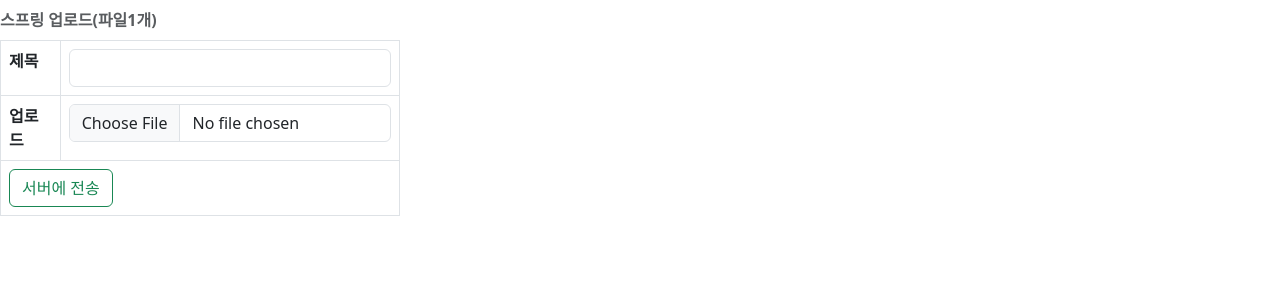
Repository: ssung2sin/sist0615_spring
Page: http://localhost/SpringMvcRead5/naver/form4
The author's editor kept a copy of each file at every save. The page is drawn from the files as they stood at one save, then again after the next save.
The browser window is 1280 px wide. The pictures show the whole page.
Some web fonts or font styles are not loaded; a fallback is used. The page is served by Tomcat 9. Other server files are loaded and not shown.

Above is the page before, as saved 2023-10-11 00:50:02.

### SpringMvcRead5/src/main/webapp/WEB-INF/upload/uploadForm1.jsp
<%@ page language="java" contentType="text/html; charset=UTF-8"
    pageEncoding="UTF-8"%>
<%@ taglib uri="http://java.sun.com/jsp/jstl/core" prefix="c"%>
<%@ taglib uri="http://java.sun.com/jsp/jstl/fmt" prefix="fmt"%>
<!DOCTYPE html>
<html>
<head>
<meta charset="UTF-8">
<link href="https://cdn.jsdelivr.net/npm/bootstrap@5.3.0/dist/css/bootstrap.min.css" rel="stylesheet">
<link href="https://fonts.googleapis.com/css2?family=Dongle:wght@300&family=Gaegu:wght@300&family=Nanum+Pen+Script&family=Sunflower:wght@300&display=swap" rel="stylesheet">
<script src="https://code.jquery.com/jquery-3.7.0.js"></script>
<title>Insert title here</title>
</head>
<body>
	<form action="upload1" method="post" enctype="multipart/form-data">
		<table class="table table-bordered" style="width: 400px;">
			<caption align="top"><b>스프링 업로드(파일1개)</b></caption>
			<tr>
				<th>제목</th>
				<td>
					<input type="text" name="title" class="form-control">
				</td>
			</tr>
			<tr>
				<th>업로드</th>
				<td>
					<input type="file" name="photo" class="form-control">
				</td>
			</tr>
			<tr>
				<td colspan="2"><button type="submit" class="btn btn-outline-success">서버에 전송</button></td>
			</tr>
		</table>
	</form>
</body>
</html>

After the next save:
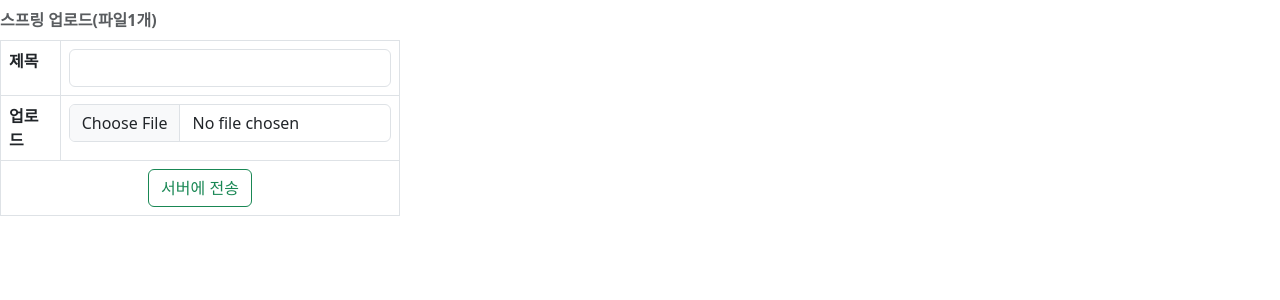
Saved 23 s later.
--- a/SpringMvcRead5/src/main/webapp/WEB-INF/upload/uploadForm1.jsp
+++ b/SpringMvcRead5/src/main/webapp/WEB-INF/upload/uploadForm1.jsp
@@ -28,7 +28,7 @@
 				</td>
 			</tr>
 			<tr>
-				<td colspan="2"><button type="submit" class="btn btn-outline-success">서버에 전송</button></td>
+				<td colspan="2" align="center"><button type="submit" class="btn btn-outline-success">서버에 전송</button></td>
 			</tr>
 		</table>
 	</form>
